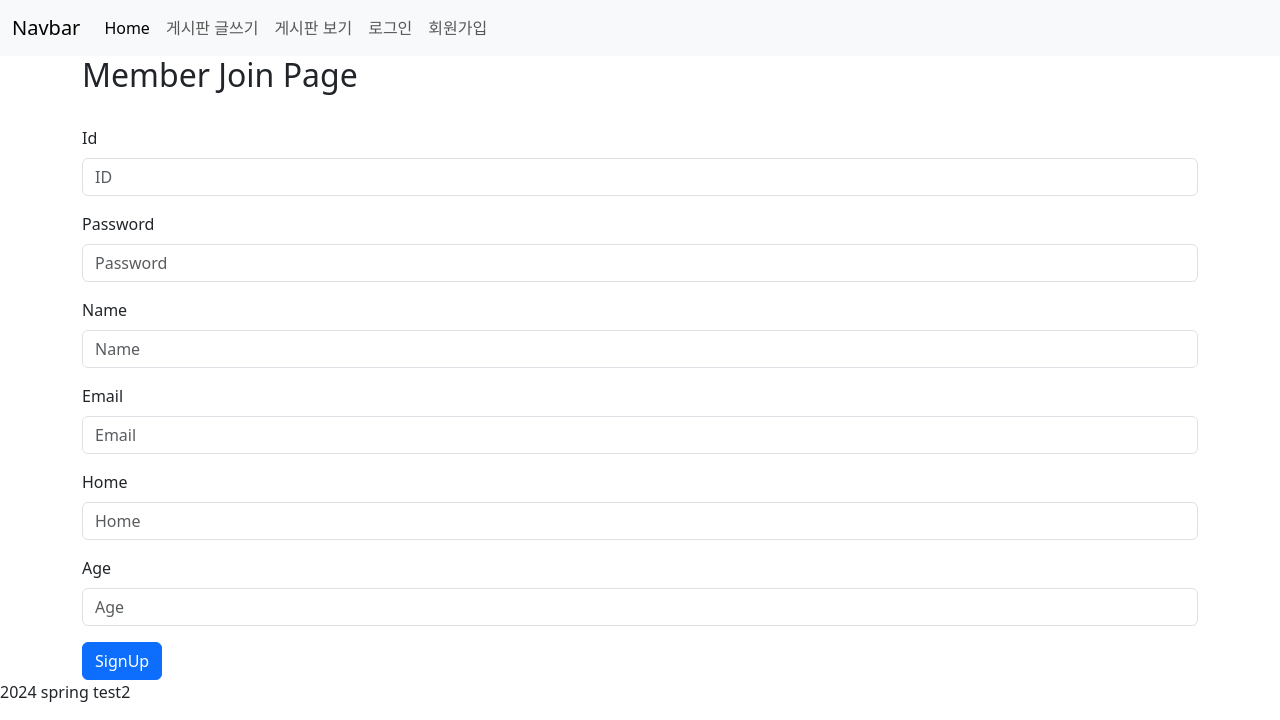
Repository: SadMyFace/spring-second
Page: http://localhost/spring_test2/WEB-INF/views/member/register.jsp
The author's editor kept a copy of each file at every save. The page is drawn from the files as they stood at one save, then again after the next save.
The browser window is 1280 px wide. The pictures show the whole page.
The page is served by Tomcat 9. Nobody is signed in. The template is opened directly, without the code that normally fills it, so the values that code supplies are empty.

Above is the page before, as saved 2024-01-12 05:46:58.

After the next save:
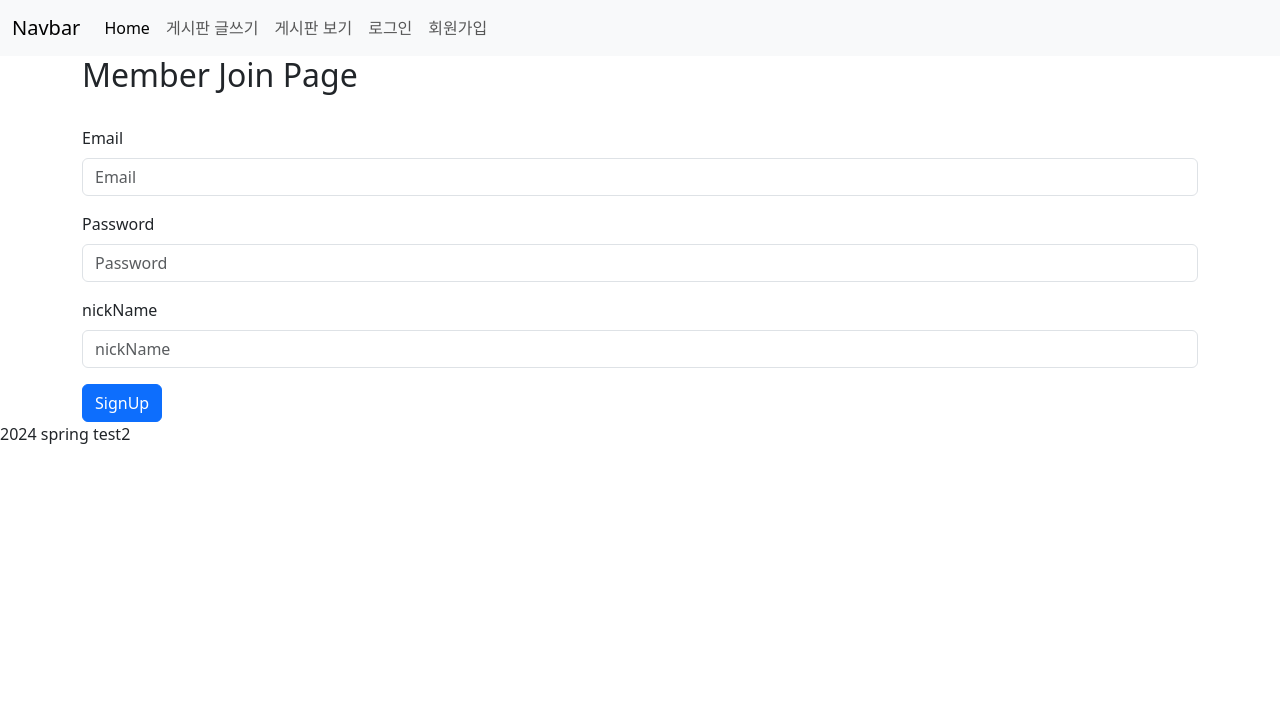
Saved 45 s later.
--- a/spring_test2/src/main/webapp/WEB-INF/views/member/register.jsp
+++ b/spring_test2/src/main/webapp/WEB-INF/views/member/register.jsp
@@ -9,28 +9,16 @@
 
 	<form action="/member/register" method="post">
 		<div class="mb-3">
-	  		<label for="id" class="form-label">Id</label>
-	  		<input type="text" name="id" class="form-control" id="id" placeholder="ID">
+	  		<label for="id" class="form-label">Email</label>
+	  		<input type="text" name="email" class="form-control" id="email" placeholder="Email">
 		</div>
 		<div class="mb-3">
 	  		<label for="pw" class="form-label">Password</label>
-	  		<input type="password" name="pw" class="form-control" id="pw" placeholder="Password">
+	  		<input type="password" name="pwd" class="form-control" id="pw" placeholder="Password">
 		</div>
 		<div class="mb-3">
-	  		<label for="name" class="form-label">Name</label>
-	  		<input type="text" name="name" class="form-control" id="name" placeholder="Name">
-		</div>
-		<div class="mb-3">
-	  		<label for="email" class="form-label">Email</label>
-	  		<input type="email" name="email" class="form-control" id="email" placeholder="Email">
-		</div>
-		<div class="mb-3">
-	  		<label for="home" class="form-label">Home</label>
-	  		<input type="text" name="home" class="form-control" id="home" placeholder="Home">
-		</div>
-		<div class="mb-3">
-	  		<label for="age" class="form-label">Age</label>
-	  		<input type="text" name="age" class="form-control" id="age" placeholder="Age">
+	  		<label for="name" class="form-label">nickName</label>
+	  		<input type="text" name="nickName" class="form-control" id="nickName" placeholder="nickName">
 		</div>
 		<button type="submit" class="btn btn-primary">SignUp</button>
 	</form>
